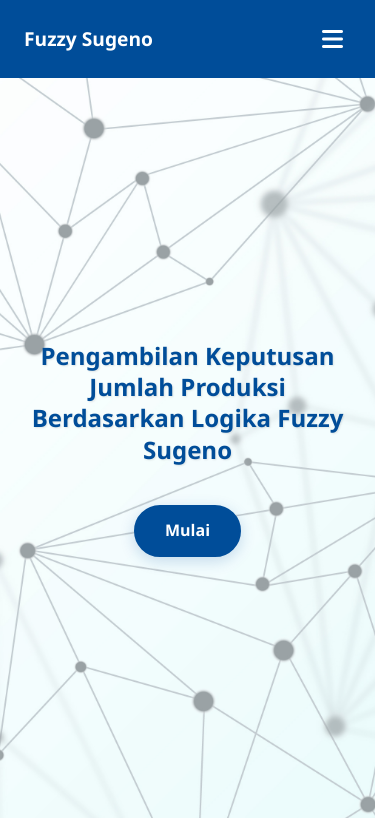
Repository: Senicccc/Defuzzy-Sugeno
Page: http://localhost/
These files come from the project's save history. The page is drawn as it stood at one moment and after the next save; the edit follows.
The browser window is 375 px wide. The pictures show the whole page.
The page is run by PHP 8.4 with error messages shown; the project is at /var/www/html/.

Above is the page before, as saved 2025-06-08 11:04:45.

### index.php
<!DOCTYPE html>
<html lang="id">

<head>
    <meta charset="UTF-8" />
    <meta name="viewport" content="width=device-width, initial-scale=1.0" />
    <title>Fuzzy Sugeno - Produksi</title>
    <link rel="icon" href="img/favicon.png" type="image/png">
    <link rel="stylesheet" href="css/index.css">
</head>

<body>

    <?php
    require_once 'php/header-index.php';
    ?>

    <section class="hero">
        <h1>Pengambilan Keputusan Jumlah Produksi Berdasarkan Logika Fuzzy Sugeno</h1>
        <a href="php/form" class="start-button">Mulai</a>
    </section>

</body>

</html>

### php/header-index.php
<!DOCTYPE html>
<html lang="id">

<head>
    <meta charset="UTF-8" />
    <meta name="viewport" content="width=device-width, initial-scale=1.0" />
    <title>Fuzzy Sugeno - Produksi</title>
    <link rel="stylesheet" href="https://cdnjs.cloudflare.com/ajax/libs/font-awesome/6.0.0/css/all.min.css">

    <style>
    * {
        margin: 0;
        padding: 0;
        box-sizing: border-box;
        font-family: 'Segoe UI', Tahoma, Geneva, Verdana, sans-serif;
    }

    body {
        background: #f0f4f8;
        color: #333;
    }

    nav {
        background-color: #004d99;
        position: sticky;
        top: 0;
        z-index: 1000;
        padding: 1.4rem 2.4rem;
    }

    .nav-container {
        display: flex;
        justify-content: space-between;
        align-items: center;
        max-width: 1200px;
        margin: 0 auto;
        flex-wrap: wrap;
    }

    .logo {
        color: white;
        font-weight: 800;
        font-size: larger;
    }

    .nav-links {
        display: flex;
        gap: 2rem;
    }

    .nav-links a {
        text-decoration: none;
        color: white;
        font-weight: 500;
        font-size: 1rem;
        transition: color 0.3s;
    }

    .nav-links a:hover {
        color: #ffcc00;
    }

    .burger {
        display: none;
        font-size: 1.5rem;
        color: white;
        cursor: pointer;
        padding: 0.5rem;
    }

    @media (max-width: 768px) {
        .nav-links {
            display: none;
            flex-direction: column;
            background-color: #004d99;
            width: 100%;
            text-align: center;
            margin-top: 1rem;
            padding-bottom: 1rem;
            gap: 1rem;
            order: 1;
        }

        .nav-links.active {
            display: flex;
        }

        .burger {
            display: block;
            margin-left: auto;
            /* Memposisikan burger di kanan */
        }

        nav {
            padding: 0.75rem 1.5rem;
        }
    }
    </style>
</head>

<body>

    <nav>
        <div class="nav-container">
            <div class="logo">Fuzzy Sugeno</div>
            <div class="burger" id="burger"><i class="fas fa-bars"></i></div>
            <div class="nav-links" id="navLinks">
                <a href="index.php">Home</a>
                <a href="index.php#about">About</a>
                <a href="php/form.php">Hitung</a>
                <a href="php/account.php">Akun</a>
                <?php if (isset($_SESSION['user_id'])): ?>
                <a href="php/logout.php">Logout</a>
                <?php else: ?>
                <a href="php/login.php">Login</a>
                <?php endif; ?>
            </div>
        </div>
    </nav>

    <script>
    const burger = document.getElementById('burger');
    const navLinks = document.getElementById('navLinks');

    burger.addEventListener('click', () => {
        navLinks.classList.toggle('active');
    });
    </script>

</body>

</html>

### css/index.css
* {
  margin: 0;
  padding: 0;
  box-sizing: border-box;
  font-family: "Segoe UI", Tahoma, Geneva, Verdana, sans-serif;
}

body {
  background: linear-gradient(135deg, #f0f4f8 0%, #dfe7ee 100%);
  color: #333;
  min-height: 100vh;
  line-height: 1.6;
}

/* Hero Section */
.hero {
  background: url("../img/menu-bg.jpg") center center/cover no-repeat,
    radial-gradient(
      circle at 10% 20%,
      rgba(0, 77, 153, 0.05) 0%,
      transparent 20%
    ),
    radial-gradient(
      circle at 90% 80%,
      rgba(0, 77, 153, 0.05) 0%,
      transparent 20%
    );
  display: flex;
  flex-direction: column;
  justify-content: center;
  align-items: center;
  text-align: center;
  min-height: calc(100vh - 80px);
  padding: 2rem;
}

.hero h1 {
  font-size: 2.5rem;
  font-weight: 700;
  color: #004d99;
  margin-bottom: 2rem;
  max-width: 800px;
  line-height: 1.3;
  text-shadow: 1px 1px 2px rgba(0, 0, 0, 0.1);
}

.start-button {
  display: inline-block;
  background-color: #004d99;
  color: white;
  padding: 1rem 2.5rem;
  border-radius: 50px;
  text-decoration: none;
  font-weight: 600;
  font-size: 1.2rem;
  transition: all 0.3s ease;
  box-shadow: 0 4px 15px rgba(0, 77, 153, 0.2);
  border: 2px solid #004d99;
  margin-top: 1rem;
}

.start-button:hover {
  background-color: #ffcc00;
  color: #004d99;
  transform: translateY(-3px);
  box-shadow: 0 6px 20px rgba(0, 77, 153, 0.3);
}

.start-button:active {
  transform: translateY(1px);
}

/* Responsive Design */
@media (max-width: 768px) {
  .hero {
    padding: 1.5rem;
    min-height: calc(100vh - 60px);
  }

  .hero h1 {
    font-size: 1.8rem;
    margin-bottom: 1.5rem;
  }

  .start-button {
    padding: 0.8rem 2rem;
    font-size: 1rem;
  }
}

@media (max-width: 480px) {
  .hero h1 {
    font-size: 1.5rem;
  }

  .start-button {
    padding: 0.7rem 1.8rem;
  }
}

/* Animasi */
@keyframes fadeIn {
  from {
    opacity: 0;
    transform: translateY(20px);
  }
  to {
    opacity: 1;
    transform: translateY(0);
  }
}

.hero {
  animation: fadeIn 0.8s ease-out forwards;
}

.start-button {
  animation: fadeIn 1s ease-out 0.3s both;
}

After the next save:
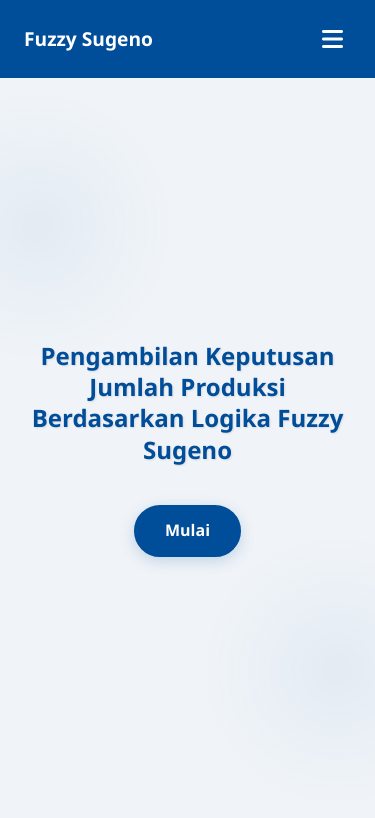
Saved 7 s later.
--- a/css/index.css
+++ b/css/index.css
@@ -1,119 +1,106 @@
+
 * {
-  margin: 0;
-  padding: 0;
-  box-sizing: border-box;
-  font-family: "Segoe UI", Tahoma, Geneva, Verdana, sans-serif;
+    margin: 0;
+    padding: 0;
+    box-sizing: border-box;
+    font-family: 'Segoe UI', Tahoma, Geneva, Verdana, sans-serif;
 }
 
 body {
-  background: linear-gradient(135deg, #f0f4f8 0%, #dfe7ee 100%);
-  color: #333;
-  min-height: 100vh;
-  line-height: 1.6;
+    background: linear-gradient(135deg, #f0f4f8 0%, #dfe7ee 100%);
+    color: #333;
+    min-height: 100vh;
+    line-height: 1.6;
 }
 
 /* Hero Section */
 .hero {
-  background: url("../img/menu-bg.jpg") center center/cover no-repeat,
-    radial-gradient(
-      circle at 10% 20%,
-      rgba(0, 77, 153, 0.05) 0%,
-      transparent 20%
-    ),
-    radial-gradient(
-      circle at 90% 80%,
-      rgba(0, 77, 153, 0.05) 0%,
-      transparent 20%
-    );
-  display: flex;
-  flex-direction: column;
-  justify-content: center;
-  align-items: center;
-  text-align: center;
-  min-height: calc(100vh - 80px);
-  padding: 2rem;
+    display: flex;
+    flex-direction: column;
+    justify-content: center;
+    align-items: center;
+    text-align: center;
+    min-height: calc(100vh - 80px);
+    padding: 2rem;
+    background-image:
+        radial-gradient(circle at 10% 20%, rgba(0, 77, 153, 0.05) 0%, transparent 20%),
+        radial-gradient(circle at 90% 80%, rgba(0, 77, 153, 0.05) 0%, transparent 20%);
 }
 
 .hero h1 {
-  font-size: 2.5rem;
-  font-weight: 700;
-  color: #004d99;
-  margin-bottom: 2rem;
-  max-width: 800px;
-  line-height: 1.3;
-  text-shadow: 1px 1px 2px rgba(0, 0, 0, 0.1);
+    font-size: 2.5rem;
+    font-weight: 700;
+    color: #004d99;
+    margin-bottom: 2rem;
+    max-width: 800px;
+    line-height: 1.3;
+    text-shadow: 1px 1px 2px rgba(0,0,0,0.1);
 }
 
 .start-button {
-  display: inline-block;
-  background-color: #004d99;
-  color: white;
-  padding: 1rem 2.5rem;
-  border-radius: 50px;
-  text-decoration: none;
-  font-weight: 600;
-  font-size: 1.2rem;
-  transition: all 0.3s ease;
-  box-shadow: 0 4px 15px rgba(0, 77, 153, 0.2);
-  border: 2px solid #004d99;
-  margin-top: 1rem;
+    display: inline-block;
+    background-color: #004d99;
+    color: white;
+    padding: 1rem 2.5rem;
+    border-radius: 50px;
+    text-decoration: none;
+    font-weight: 600;
+    font-size: 1.2rem;
+    transition: all 0.3s ease;
+    box-shadow: 0 4px 15px rgba(0, 77, 153, 0.2);
+    border: 2px solid #004d99;
+    margin-top: 1rem;
 }
 
 .start-button:hover {
-  background-color: #ffcc00;
-  color: #004d99;
-  transform: translateY(-3px);
-  box-shadow: 0 6px 20px rgba(0, 77, 153, 0.3);
+    background-color: #ffcc00;
+    color: #004d99;
+    transform: translateY(-3px);
+    box-shadow: 0 6px 20px rgba(0, 77, 153, 0.3);
 }
 
 .start-button:active {
-  transform: translateY(1px);
+    transform: translateY(1px);
 }
 
 /* Responsive Design */
 @media (max-width: 768px) {
-  .hero {
-    padding: 1.5rem;
-    min-height: calc(100vh - 60px);
-  }
+    .hero {
+        padding: 1.5rem;
+        min-height: calc(100vh - 60px);
+    }
 
-  .hero h1 {
-    font-size: 1.8rem;
-    margin-bottom: 1.5rem;
-  }
+    .hero h1 {
+        font-size: 1.8rem;
+        margin-bottom: 1.5rem;
+    }
 
-  .start-button {
-    padding: 0.8rem 2rem;
-    font-size: 1rem;
-  }
+    .start-button {
+        padding: 0.8rem 2rem;
+        font-size: 1rem;
+    }
 }
 
 @media (max-width: 480px) {
-  .hero h1 {
-    font-size: 1.5rem;
-  }
+    .hero h1 {
+        font-size: 1.5rem;
+    }
 
-  .start-button {
-    padding: 0.7rem 1.8rem;
-  }
+    .start-button {
+        padding: 0.7rem 1.8rem;
+    }
 }
 
 /* Animasi */
 @keyframes fadeIn {
-  from {
-    opacity: 0;
-    transform: translateY(20px);
-  }
-  to {
-    opacity: 1;
-    transform: translateY(0);
-  }
+    from { opacity: 0; transform: translateY(20px); }
+    to { opacity: 1; transform: translateY(0); }
 }
 
 .hero {
-  animation: fadeIn 0.8s ease-out forwards;
+    animation: fadeIn 0.8s ease-out forwards;
 }
 
 .start-button {
-  animation: fadeIn 1s ease-out 0.3s both;
+    animation: fadeIn 1s ease-out 0.3s both;
 }
